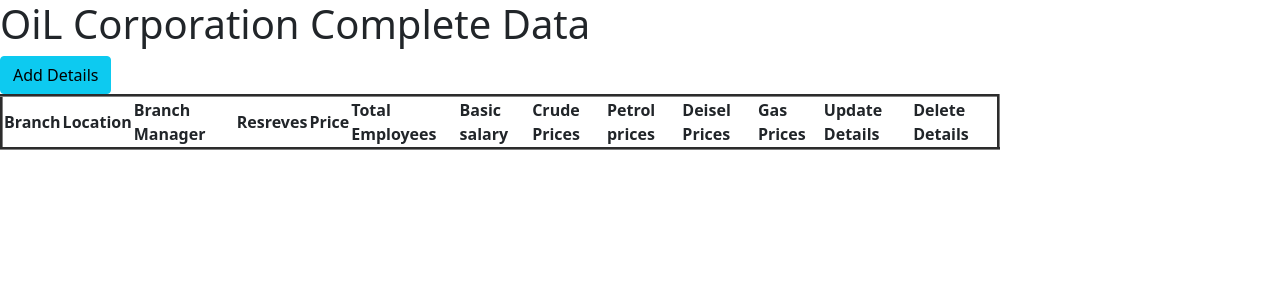
Repository: veerrajuMareddi/demo
Page: http://localhost/OilCorporation/views/result.jsp
An editor plug-in stored every save of this project. The page is shown before and after the next save, followed by the edit.
The browser window is 1280 px wide. The pictures show the whole page.
The page is served by Tomcat 9. Other server files are loaded and not shown. The template is opened directly, without the code that normally fills it, so the values that code supplies are empty.

Above is the page before, as saved 2022-04-29 05:08:01.

### OilCorporation/src/main/webapp/views/result.jsp

<%@ page language="java" contentType="text/html; charset=ISO-8859-1"
pageEncoding="ISO-8859-1"%>
<%@ taglib uri="http://www.springframework.org/tags/form" prefix="form"%>
<%@taglib prefix="c" uri="http://java.sun.com/jsp/jstl/core"%>
<!DOCTYPE html>
<html>
<head>
<link
	href="https://cdn.jsdelivr.net/npm/bootstrap@5.1.3/dist/css/bootstrap.min.css"
	rel="stylesheet"
	integrity="sha384-1BmE4kWBq78iYhFldvKuhfTAU6auU8tT94WrHftjDbrCEXSU1oBoqyl2QvZ6jIW3"
	crossorigin="anonymous">
	<script
	src="https://cdn.jsdelivr.net/npm/bootstrap@5.1.3/dist/js/bootstrap.bundle.min.js"
	integrity="sha384-ka7Sk0Gln4gmtz2MlQnikT1wXgYsOg+OMhuP+IlRH9sENBO0LRn5q+8nbTov4+1p"
	crossorigin="anonymous"></script>
<meta charset="ISO-8859-1">
<title>Insert title here</title>
</head>
<body>
<h1>OiL Corporation Complete Data</h1>
<a class="btn btn-info" href="/src/callsave">Add Details</a>

<br>
<table border="3" style="width:1000px" style="text-align:center">

<tr>
<th>Branch</th>
<th>Location</th>
<th>Branch Manager</th>
<th>Resreves</th>
<th>Price</th>
<th>Total Employees</th>
<th>Basic salary</th>
<th>Crude Prices</th>
<th>Petrol prices</th>
<th>Deisel Prices</th>

<th>Gas Prices</th>
<th>Update Details </th>
<th>Delete Details</th>
</tr>
<c:forEach var="emp" items="${oilCorp}" >
<tr>


<c:url var="deleteLink" value="/src/deleteById">
								<c:param name="Id" value="${emp.branch}" />
							</c:url>

<c:url var="updateLink" value="/src/update">
								<c:param name="Id" value="${emp.branch}" />
							</c:url>
<center>
<td>${emp.branch}</td>
<td>${emp.location}</td>
<td>${emp.branchManager}</td>
<td>${emp.oilReserves}</td>
<td>${emp.barrelPrice}</td>
<td>${emp.emp.toatalEmployees}</td>
<td>${emp.emp.salary}</td>
<td>${emp.prices.crudePrice}</td>
<td>${emp.prices.petrolPrice}</td>
<td>${emp.prices.dieselPrice}</td>
<td>${emp.prices.gasPrice}</td>
<td><a href="${updateLink}" class="btn btn-info">Update</a></td>
<td><a href="${deleteLink}" class="btn btn-danger">delete</a></td>
</center>
</tr>
</c:forEach>
</table>
</body>
</html>

After the next save:
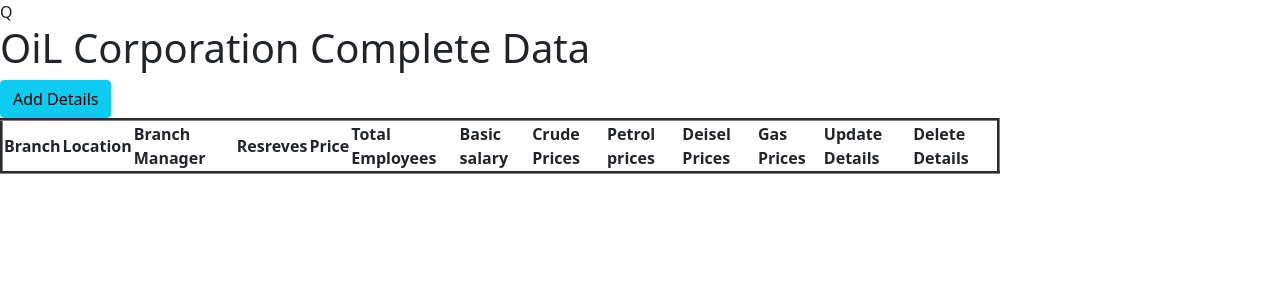
Saved 58 min 2 s later.
--- a/OilCorporation/src/main/webapp/views/result.jsp
+++ b/OilCorporation/src/main/webapp/views/result.jsp
@@ -5,7 +5,7 @@
 <%@taglib prefix="c" uri="http://java.sun.com/jsp/jstl/core"%>
 <!DOCTYPE html>
 <html>
-<head>
+<head>Q
 <link
 	href="https://cdn.jsdelivr.net/npm/bootstrap@5.1.3/dist/css/bootstrap.min.css"
 	rel="stylesheet"

After the save that followed:
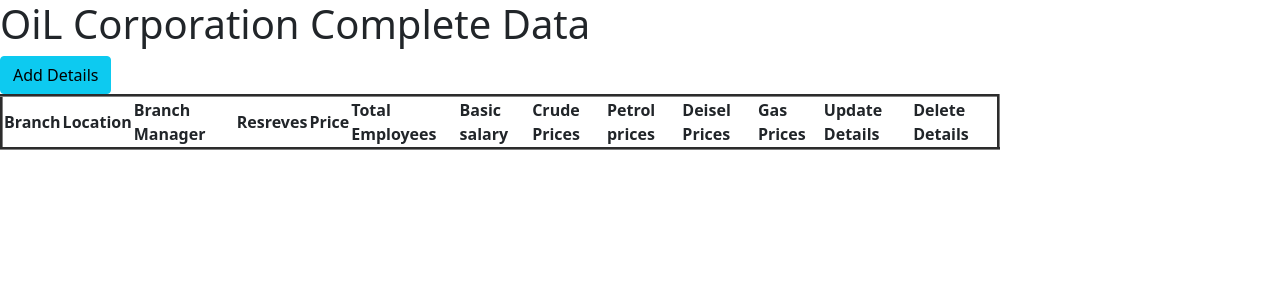
Saved 10 s later.
--- a/OilCorporation/src/main/webapp/views/result.jsp
+++ b/OilCorporation/src/main/webapp/views/result.jsp
@@ -5,7 +5,7 @@
 <%@taglib prefix="c" uri="http://java.sun.com/jsp/jstl/core"%>
 <!DOCTYPE html>
 <html>
-<head>Q
+<head>
 <link
 	href="https://cdn.jsdelivr.net/npm/bootstrap@5.1.3/dist/css/bootstrap.min.css"
 	rel="stylesheet"
